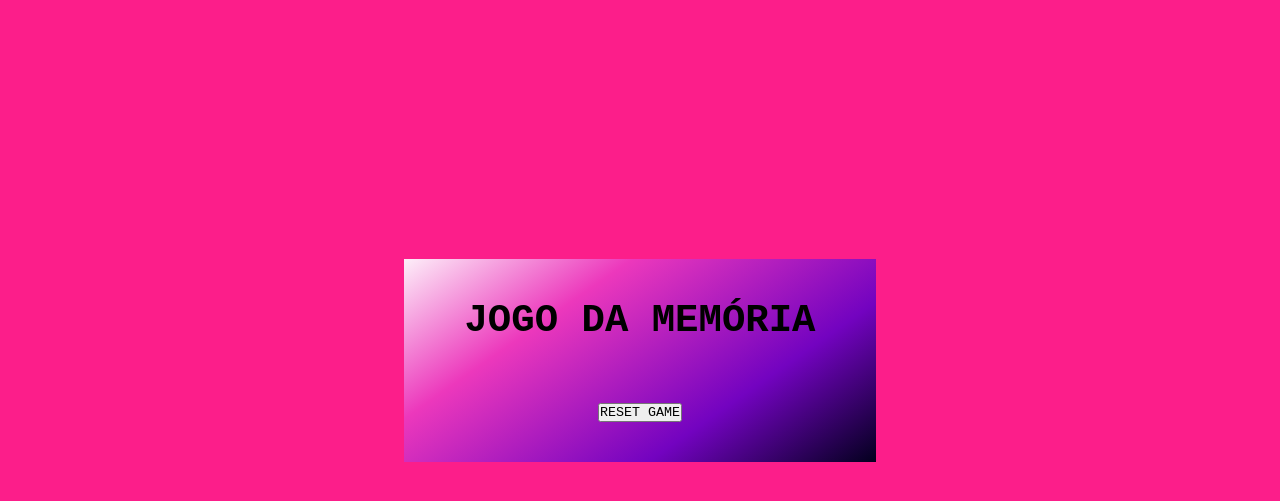
Repository: gustavotwist/memory-game
Page: index.html
The author's editor kept a copy of each file at every save. The page is drawn from the files as they stood at one save, then again after a run of saves.
The browser window is 1280 px wide. The pictures show the whole page.

Above is the page before, as saved 2024-10-15 19:17:19.

After the next 5 saves:
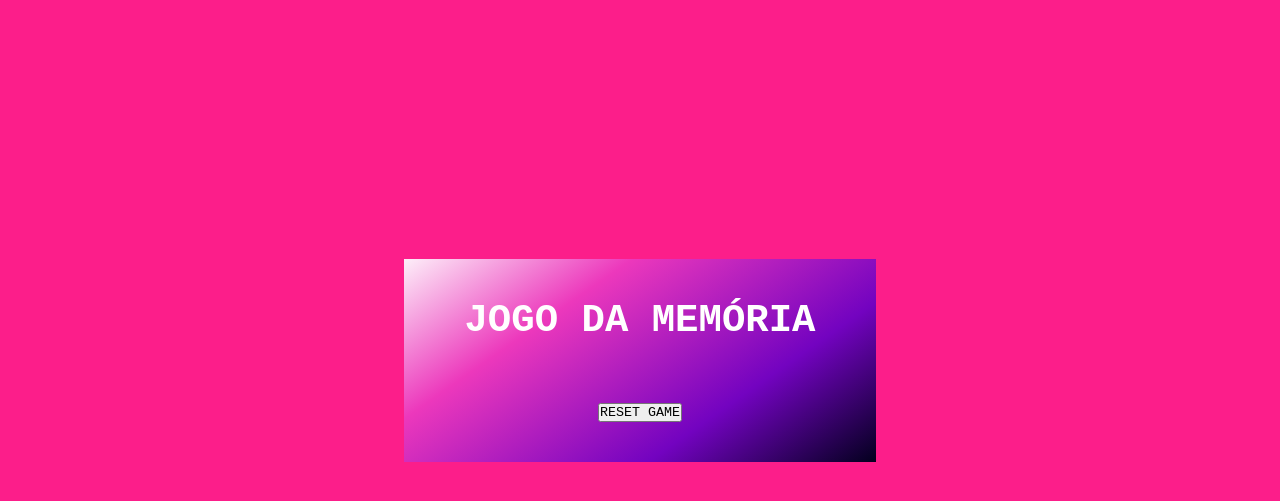
The 5 saves are shown as one change because they came seconds apart.
The last was saved 17 s later.
--- a/src/styles/main.css
+++ b/src/styles/main.css
@@ -19,5 +19,5 @@ body {
 
 h2 {
     font-size: 3em;
-    color
+    color: #fff;
 }
